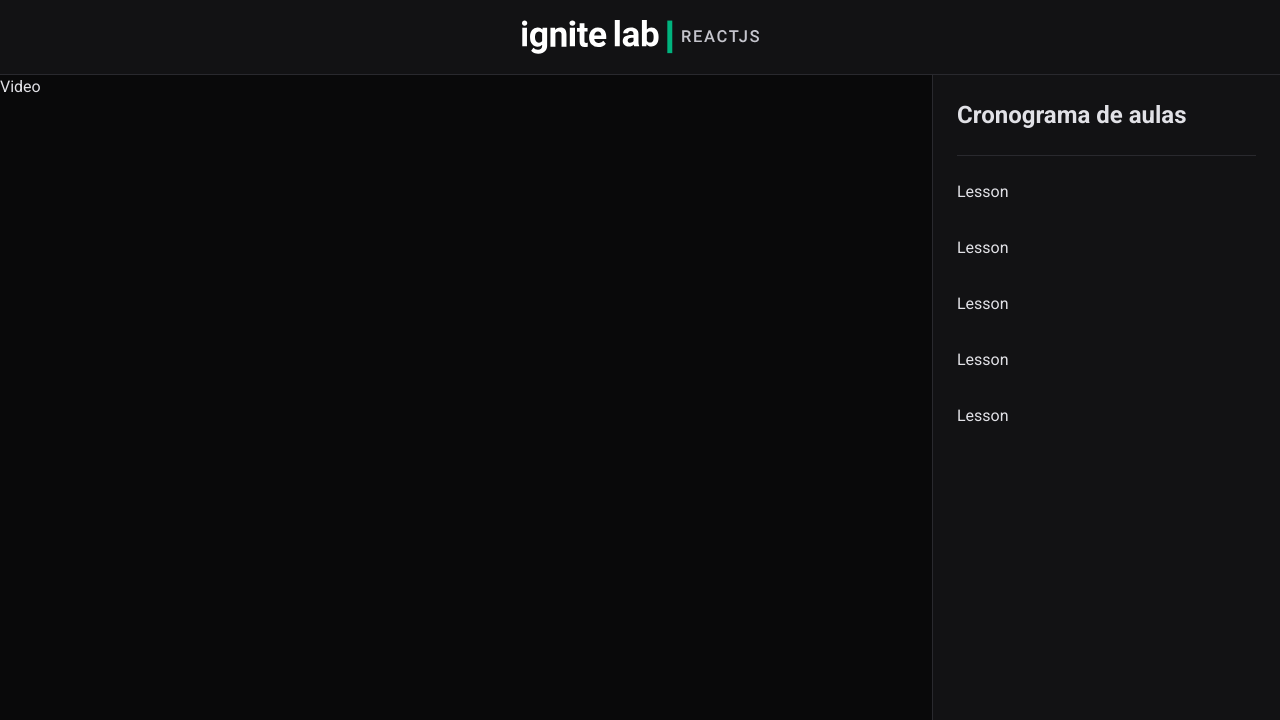
Repository: XFERRER7/Ignite-lab
Page: /
An editor plug-in stored every save of this project. The page is shown before and after a run of saves, followed by the edit.
The browser window is 1280 px wide. The pictures show the whole page.
The project was rebuilt for these pictures with package versions that can differ from the ones it lists, and the page was loaded fresh each time. Also part of the build but not shown: vite.config.ts.

Above is the page before, as saved 2022-06-22 20:27:46.

### index.html
<!DOCTYPE html>
<html>
  <head>
    <meta charset="UTF-8" />
    <link rel="icon" type="image/svg+xml" href="/src/favicon.svg" />
    <meta name="viewport" content="width=device-width, initial-scale=1.0" />
    <title>Event Platform</title>
    <link rel="preconnect" href="https://fonts.googleapis.com">
<link rel="preconnect" href="https://fonts.gstatic.com" crossorigin>
<link href="https://fonts.googleapis.com/css2?family=Roboto:wght@400;500;700&display=swap" rel="stylesheet">
  </head>
  <body>
    <div id="root"></div>
    <script type="module" src="/src/main.tsx"></script>
  </body>
</html>

### src/main.tsx
import { ApolloProvider } from '@apollo/client'
import React from 'react'
import ReactDOM from 'react-dom/client'
import App from './App'
import { client } from './lib/apollo'
import './styles/Global.css'

ReactDOM.createRoot(document.getElementById('root')!).render(
  <React.StrictMode>
    <ApolloProvider client={client}>
    <App />
    </ApolloProvider>
  </React.StrictMode>
)

### src/App.tsx
import { Header } from "./components/Header"
import { Lesson } from "./components/Lesson"
import { SideBar } from "./components/SideBar"
import { Video } from "./components/Video"
import { Event } from "./pages/Event"

function App() {

  return (
    <div>
      <Event/>
    </div>
  )
}

export default App

### src/lib/apollo.ts
import { ApolloClient, InMemoryCache } from "@apollo/client";

export const client = new ApolloClient({
  uri: 'https://api-sa-east-1.graphcms.com/v2/cl4oe0npq21lo01xi4o5e7kb5/master',
  cache: new InMemoryCache()
})

### src/styles/Global.css
@tailwind base;
@tailwind components;
@tailwind utilities;

body {
  @apply text-gray-100 bg-gray-900;
  -webkit-font-smoothing: antialiased;
}

### src/pages/Event.tsx
import React from 'react'
import { Header } from '../components/Header'
import { SideBar } from '../components/SideBar'
import { Video } from '../components/Video'

export const Event = () => {
  return (
    <>
    <div className='flex flex-col min-h-screen'>
      <Header/>
      <main className='flex flex-1'>
      <Video/>
      <SideBar/>
      </main>
    </div>

    </>
  )
}

### src/components/Header.tsx
import React from 'react'
import { Logo } from './Logo'

export const Header = () => {
  return (
    <header className='w-full py-5 flex items-center justify-center bg-gray-700 border-b border-gray-600'>
      <Logo/>
    </header>
  )
}

### src/components/SideBar.tsx
import React from 'react'
import { Lesson } from './Lesson'

export const SideBar = () => {
  return (
    <aside className='w-[348px] bg-gray-700 p-6 border-l border-gray-600'>
      <span className='font-bold text-2xl pb-6 mb-6 border-b border-gray-600 block'>Cronograma de aulas</span>

      <div className='flex flex-col gap-8'>
        <Lesson/>
        <Lesson/>
        <Lesson/>
        <Lesson/>
        <Lesson/>
      </div>
    </aside>
  )
}

### src/components/Video.tsx
import React from 'react'

export const Video = () => {
  return (
    <div className='flex-1'>Video</div>
  )
}

### src/components/Logo.tsx
import React from "react";

export function Logo() {
  return (
    <svg
      xmlns="http://www.w3.org/2000/svg"
      width="237"
      height="34"
      fill="none"
      viewBox="0 0 237 34"
    >
      <path
        fill="#fff"
        d="M.002 3.112a2.49 2.49 0 01.165-.987c.12-.314.304-.595.535-.83A2.906 2.906 0 012.615.572c.698 0 1.374.257 1.912.723.23.24.412.524.536.837a2.701 2.701 0 010 1.979 2.568 2.568 0 01-.536.837 2.889 2.889 0 01-1.907.723 2.901 2.901 0 01-1.908-.723 2.458 2.458 0 01-.538-.84 2.645 2.645 0 01-.172-.996zm4.96 23.146H.273V7.862h4.689v18.397zM8.012 16.973c0-2.853.686-5.145 2.055-6.883a6.653 6.653 0 015.528-2.606 5.869 5.869 0 014.802 2.09l.2-1.751h4.538v17.95a7.891 7.891 0 01-1.12 4.246 7.243 7.243 0 01-3.147 2.752 11.155 11.155 0 01-4.742.94c-1.378 0-2.74-.279-4.008-.812a7.08 7.08 0 01-2.946-2.11l2.208-3.02a5.905 5.905 0 004.543 2.08 4.356 4.356 0 003.104-1.059 3.938 3.938 0 001.103-2.993v-.994a5.775 5.775 0 01-4.555 1.935 6.647 6.647 0 01-3.05-.652 6.615 6.615 0 01-2.408-1.967c-1.397-1.752-2.085-4.089-2.085-6.942v-.21h-.025l.005.006zm4.997.355a6.723 6.723 0 001.026 3.956 3.233 3.233 0 002.799 1.443c.651.045 1.3-.088 1.878-.39a3.52 3.52 0 001.396-1.305v-7.825a3.448 3.448 0 00-1.374-1.305 3.504 3.504 0 00-1.86-.39 3.28 3.28 0 00-1.61.365 3.22 3.22 0 00-1.219 1.103c-.688.975-1.036 2.418-1.036 4.348zM33.098 7.833l.158 2.196a6.527 6.527 0 012.371-1.927 6.38 6.38 0 012.971-.62c1.97 0 3.438.597 4.39 1.79.953 1.194 1.456 2.936 1.486 5.293v12.249h-4.962V14.683a3.367 3.367 0 00-.684-2.344 3.086 3.086 0 00-1.069-.598 3.008 3.008 0 00-1.211-.13 3.349 3.349 0 00-1.821.454c-.553.32-1.01.794-1.313 1.367v13.37H28.45V7.845l4.647-.012zM47.512 3.112a2.304 2.304 0 01.185-.988 2.42 2.42 0 01.59-.831A3.439 3.439 0 0150.404.57c.772 0 1.52.256 2.117.723.508.486.792 1.142.792 1.826 0 .683-.284 1.34-.792 1.826a3.417 3.417 0 01-2.11.723c-.77 0-1.517-.257-2.11-.723a2.47 2.47 0 01-.594-.839 2.342 2.342 0 01-.19-.994h-.005zm5.483 23.149h-5.18V7.86h5.18v18.4zM62.454 3.334v4.612h3.107v3.677h-3.107v9.382c-.05.53.091 1.063.395 1.495a1.824 1.824 0 001.473.45c.476.002.95-.035 1.421-.114v3.803a9.672 9.672 0 01-2.939.449c-3.398 0-5.128-1.775-5.19-5.32V11.644h-2.642V7.968h2.643V3.356h4.841v-.025l-.002.003zM76.487 27.08a9.277 9.277 0 01-6.759-2.55c-1.74-1.699-2.605-3.957-2.605-6.797v-.494a11.295 11.295 0 011.098-5.08 8.141 8.141 0 013.111-3.465 8.72 8.72 0 014.59-1.22c2.577 0 4.62.815 6.098 2.449 1.478 1.633 2.226 3.94 2.226 6.929v2.055h-12.01a4.665 4.665 0 001.473 2.971 4.487 4.487 0 003.111 1.111 5.426 5.426 0 004.548-2.115l2.476 2.781a7.506 7.506 0 01-3.07 2.507 9.81 9.81 0 01-4.287.916v.002zm-.594-15.514a3.127 3.127 0 00-2.428 1.012 5.405 5.405 0 00-1.188 2.912h7.006v-.405a3.749 3.749 0 00-.908-2.608 3.252 3.252 0 00-2.45-.908h-.03l-.002-.003zM97.771 26.259h-4.957V0h4.957V26.26zM112.209 26.259c-.227-.444-.392-.997-.496-1.659-1.196 1.333-2.751 2.002-4.666 2.002-1.811 0-3.314-.523-4.504-1.572-1.191-1.049-1.786-2.372-1.786-3.966 0-1.96.725-3.464 2.179-4.513 1.453-1.049 3.553-1.58 6.3-1.59h2.273v-1.06c0-.854-.22-1.54-.659-2.051-.44-.513-1.131-.77-2.078-.77-.832 0-1.486.2-1.957.6-.474.4-.708.945-.708 1.64h-4.941c0-1.07.331-2.062.992-2.973.662-.91 1.597-1.626 2.804-2.144 1.206-.518 2.564-.778 4.069-.778 2.28 0 4.089.573 5.429 1.718 1.34 1.145 2.009 2.756 2.009 4.83v8.017c.012 1.754.256 3.082.735 3.983v.29h-4.992l-.003-.004zm-4.086-3.435c.728 0 1.402-.163 2.016-.486.614-.326 1.071-.76 1.367-1.308v-3.181h-1.846c-2.472 0-3.79.854-3.948 2.564l-.017.291c0 .614.217 1.123.649 1.523.434.4 1.026.6 1.779.6v-.003zM136.58 17.183c0 2.963-.632 5.273-1.898 6.931-1.265 1.659-3.032 2.488-5.3 2.488-2.006 0-3.608-.77-4.805-2.308l-.222 1.967h-4.444V.001h4.94v9.418c1.14-1.332 2.638-2 4.496-2 2.256 0 4.025.828 5.308 2.487 1.283 1.658 1.923 3.992 1.923 7v.274l.002.003zm-4.94-.358c0-1.868-.296-3.233-.889-4.094-.592-.861-1.475-1.29-2.65-1.29-1.572 0-2.655.643-3.247 1.932v7.299c.604 1.298 1.697 1.95 3.282 1.95 1.584 0 2.643-.788 3.146-2.36.239-.752.358-1.897.358-3.437z"
      ></path>
      <path
        fill="#C4C4CC"
        d="M164.51 17.501h-2.283v4.53h-2.048v-11.78h4.143c1.36 0 2.408.306 3.149.915.74.61 1.108 1.493 1.108 2.648 0 .787-.19 1.449-.57 1.98-.38.532-.911.94-1.59 1.226l2.646 4.906v.106h-2.194l-2.364-4.531h.003zm-2.283-1.65h2.105c.691 0 1.229-.176 1.619-.524.39-.348.582-.824.582-1.429 0-.604-.18-1.12-.538-1.466-.358-.345-.893-.523-1.606-.533h-2.162V15.85zM179.066 16.773h-4.839v3.625h5.656v1.634h-7.704V10.25h7.648v1.65h-5.6v3.253h4.839v1.62zM189.803 19.29h-4.565l-.955 2.744h-2.127l4.452-11.783h1.836l4.459 11.783h-2.137l-.963-2.744zm-3.99-1.65h3.415l-1.707-4.89-1.708 4.89zM204.716 18.197c-.119 1.256-.583 2.238-1.392 2.941-.81.703-1.885 1.056-3.228 1.056-.938 0-1.764-.222-2.48-.668-.715-.445-1.266-1.079-1.656-1.898-.387-.82-.589-1.772-.607-2.858v-1.1c0-1.11.198-2.09.59-2.937.392-.846.96-1.5 1.695-1.96.736-.458 1.587-.688 2.554-.688 1.301 0 2.347.353 3.139 1.057.792.703 1.254 1.7 1.385 2.99h-2.039c-.096-.846-.343-1.458-.74-1.833-.397-.375-.977-.563-1.745-.563-.89 0-1.574.326-2.05.977-.479.652-.721 1.605-.733 2.863v1.044c0 1.273.227 2.245.683 2.917.457.668 1.123 1.004 2.004 1.004.805 0 1.409-.18 1.814-.543.405-.363.661-.962.77-1.804h2.038l-.002.003zM216.481 11.902h-3.674v10.132h-2.031V11.902h-3.642V10.25h9.347v1.65zM222.759 10.251h2.039v8.262c0 1.127-.353 2.023-1.057 2.687-.703.664-1.633.995-2.788.995-1.229 0-2.179-.311-2.848-.93-.669-.62-1.004-1.484-1.004-2.59h2.038c0 .627.156 1.096.467 1.412.31.316.76.474 1.347.474.55 0 .989-.183 1.315-.545.326-.366.489-.867.489-1.51V10.25h.002zM234.952 18.999c0-.518-.183-.918-.545-1.197-.363-.279-1.022-.563-1.972-.849-.95-.286-1.705-.604-2.265-.955-1.074-.674-1.612-1.555-1.612-2.638 0-.95.388-1.732 1.163-2.347.774-.614 1.779-.922 3.015-.922.819 0 1.55.15 2.194.454a3.597 3.597 0 011.513 1.29c.367.558.55 1.177.55 1.858h-2.038c0-.614-.193-1.095-.578-1.443-.385-.348-.938-.524-1.656-.524-.668 0-1.189.144-1.557.43-.37.286-.555.686-.555 1.197 0 .432.2.792.6 1.08.399.29 1.056.57 1.974.842.918.271 1.653.582 2.208.93.556.348.963.748 1.222 1.197.259.452.387.977.387 1.582 0 .982-.375 1.762-1.127 2.342-.753.58-1.775.87-3.063.87a5.755 5.755 0 01-2.352-.473c-.715-.316-1.27-.75-1.668-1.308-.397-.555-.594-1.204-.594-1.942h2.048c0 .669.222 1.187.664 1.555.441.367 1.075.55 1.902.55.713 0 1.246-.143 1.607-.432.357-.288.538-.671.538-1.145l-.003-.002z"
      ></path>
      <path fill="#00B37E" d="M150.271 33.146h-4.958V.57h4.958v32.576z"></path>
    </svg>
  );
}

### src/components/Lesson.tsx
import React from 'react'

export const Lesson = () => {
  return (
    <div>Lesson</div>
  )
}

### tailwind.config.js
/** @type {import('tailwindcss').Config} */
module.exports = {
  content: [
    './src/**/*.tsx'
  ],
  theme: {
    extend: {
      fontFamily: {
        sans: 'Roboto, sans-serif'
      },
      colors: {
        green: {
          300: '#00B37E',
          500: '#00875F',
          700: '#015F43',
        },
        blue: {
          500: '#81D8F7',
        },
        orange: {
          500: '#FBA94C',
        },
        red: {
          500: '#F75A68',
        },
        gray: {
          100: '#E1E1E6',
          200: '#C4C4CC',
          300: '#8D8D99',
          500: '#323238',
          600: '#29292E',
          700: '#121214',
          900: '#09090A'
        }
      }
    },
  },
  plugins: [],
}

After the next 3 saves:
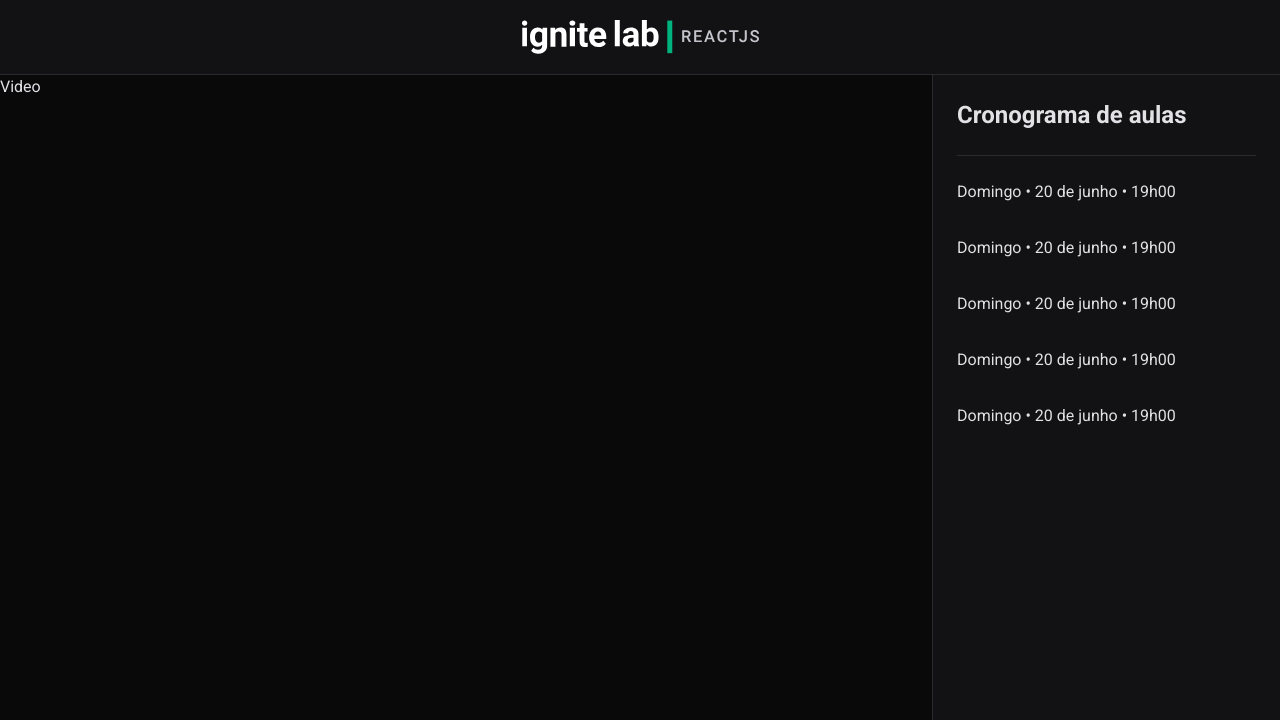
The 3 saves are shown as one change because they came seconds apart.
The last was saved 10 h 47 min later.
--- a/src/components/Lesson.tsx
+++ b/src/components/Lesson.tsx
@@ -2,6 +2,10 @@
 
 export const Lesson = () => {
   return (
-    <div>Lesson</div>
+    <div>
+      <span>
+        Domingo • 20 de junho • 19h00
+      </span>
+    </div>
   )
 }
